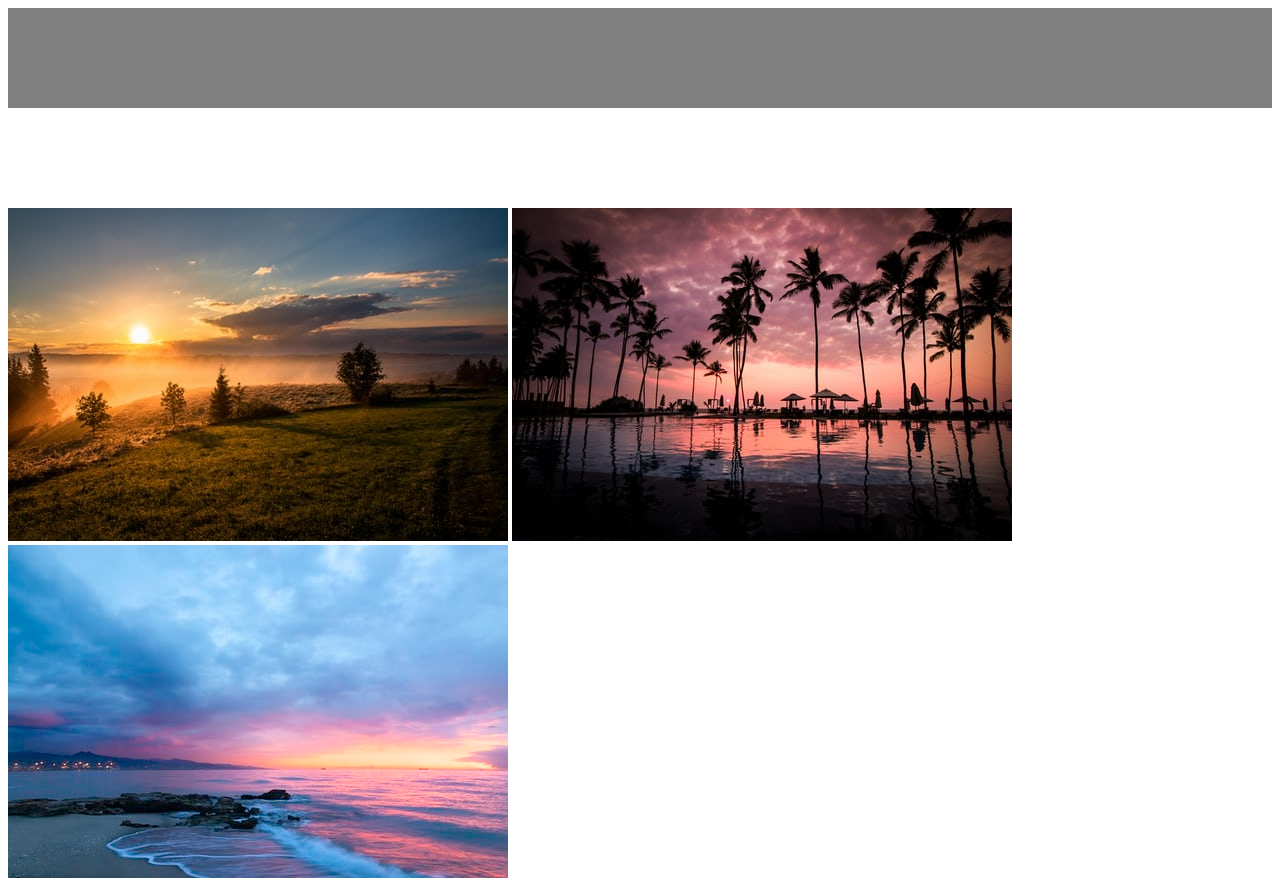
Repository: ArchivvonJang/learn_program_language
Page: webApp/WebContent/Javascript/js21_scrollBanner/img/js21_scrollBanner.html
The author's editor kept a copy of each file at every save. The page is drawn from the files as they stood at one save, then again after the next save.
The browser window is 1280 px wide. The pictures show the whole page.

Above is the page before, as saved 2021-03-04 00:52:06.

### webApp/WebContent/Javascript/js21_scrollBanner/img/js21_scrollBanner.html
<!DOCTYPE html>
<html>
<head>
<meta charset="UTF-8">
<title>Insert title here</title>
<style>
	#header1, #header2{
		height:100px;
	}
	#header1{
		background-color:gray;
	}
</style>
</head>
<body>
<div id= "header1"></div>
<div id="header2"></div>
<div id="bar"></div>
<div id="content"></div>
	<img src="img/sunset1.jpg"/>
	<img src="img/sunset2.jpg"/>
	<img src="img/sunset3.jpg"/>
</body>
</html>

After the next save:
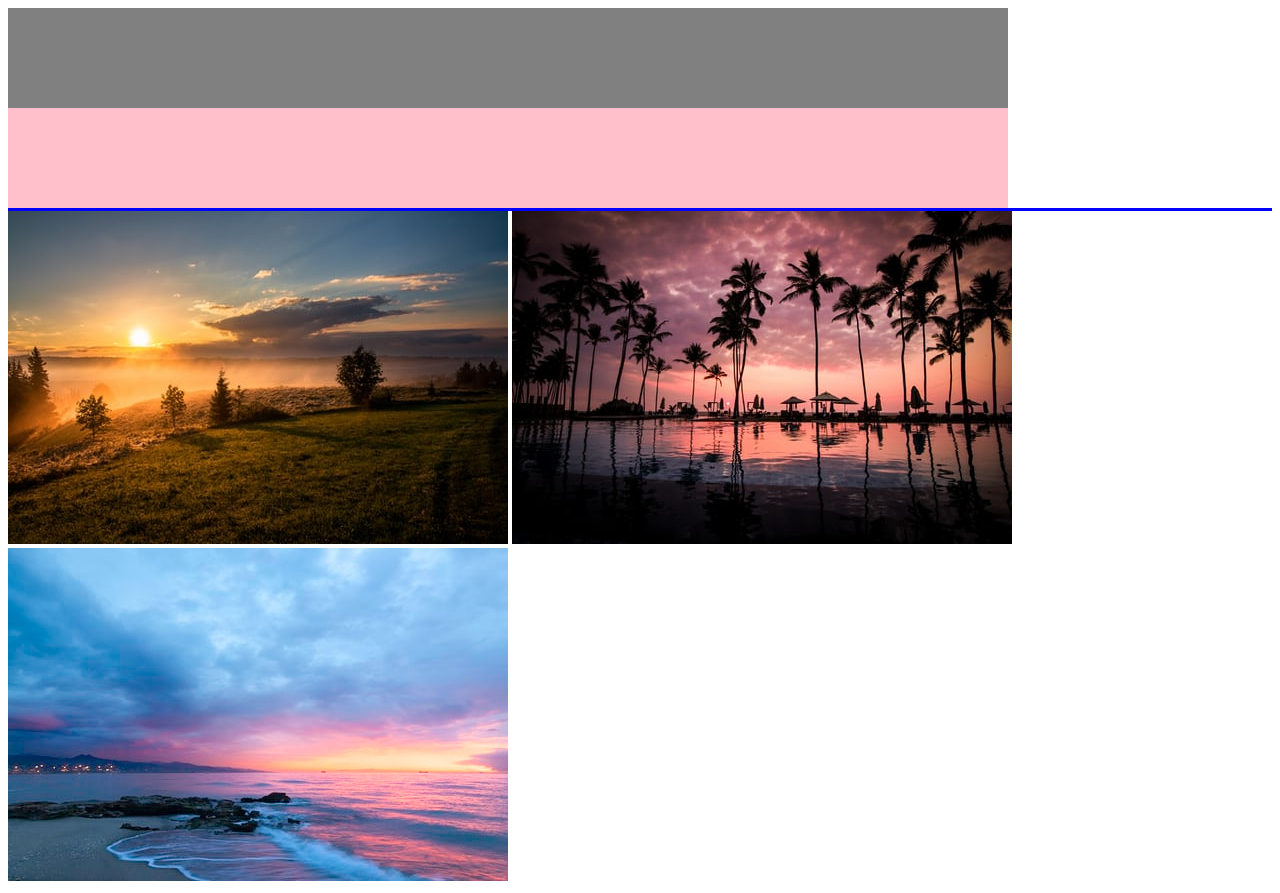
Saved 104 s later.
--- a/webApp/WebContent/Javascript/js21_scrollBanner/img/js21_scrollBanner.html
+++ b/webApp/WebContent/Javascript/js21_scrollBanner/img/js21_scrollBanner.html
@@ -6,9 +6,20 @@
 <style>
 	#header1, #header2{
 		height:100px;
+		width:1000px;
 	}
 	#header1{
 		background-color:gray;
+	}
+	#header2{
+		background-color:pink;
+	}
+	#bar{
+		height:3px;
+		background-color:blue;
+	}
+	#content{
+		width:1000px;
 	}
 </style>
 </head>
